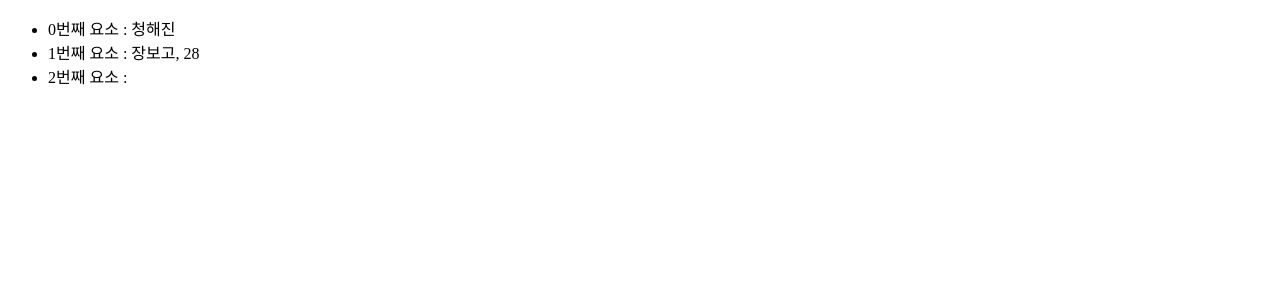
Repository: Park-Dongheon/Servlet-JSP_Training
Page: http://localhost/MustHaveJSP/10EL/CollectionUse.jsp
An editor plug-in stored every save of this project. The page is shown before and after a run of saves, followed by the edit.
The browser window is 1280 px wide. The pictures show the whole page.
The page is served by Tomcat 10.

Above is the page before, as saved 2024-06-24 06:11:00.

After the next 3 saves:
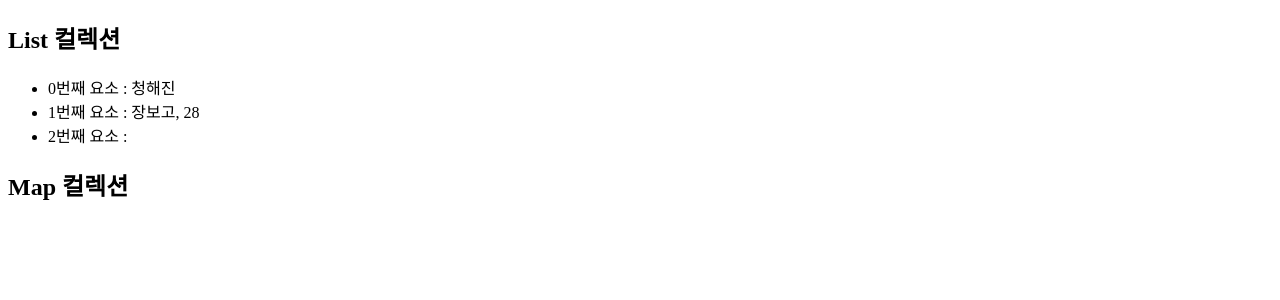
The 3 saves are shown as one change because 2 did not build or start.
The last was saved 2 min 41 s later.
--- a/MustHaveJSP/src/main/webapp/10EL/CollectionUse.jsp
+++ b/MustHaveJSP/src/main/webapp/10EL/CollectionUse.jsp
@@ -1,6 +1,8 @@
+<%@ page import="java.util.HashMap"%>
+<%@ page import="java.util.Map"%>
+<%@ page import="java.util.List"%>
 <%@ page import="java.util.ArrayList"%>
 <%@ page import="common.Person"%>
-<%@ page import="java.util.List"%>
 <%@ page language="java" contentType="text/html; charset=UTF-8"
     pageEncoding="UTF-8"%>
 <!DOCTYPE html>
@@ -8,6 +10,9 @@
 <head>
 <meta charset="UTF-8">
 <title>표현 언어(EL) - 컬렉션</title>
+</head>
+<body>
+<h2>List 컬렉션</h2>
 <%
 List<Object> aList = new ArrayList<Object>();
 aList.add("청해진");
@@ -19,8 +24,12 @@ pageContext.setAttribute("Ocean", aList);
 	<li>1번째 요소 : ${ Ocean[1].name }, ${ Ocean[1].age }</li>
 	<li>2번째 요소 : ${ Ocean[2] }</li><!-- 출력되지 않음 -->
 </ul>
-</head>
-<body>
-
+<h2>Map 컬렉션</h2>
+<%
+Map<String, String> map = new HashMap<String, String>();
+map.put("한글", "훈민정음");
+map.put("Eng", "English");
+pageContext.setAttribute("King", map);
+%>
 </body>
 </html>
